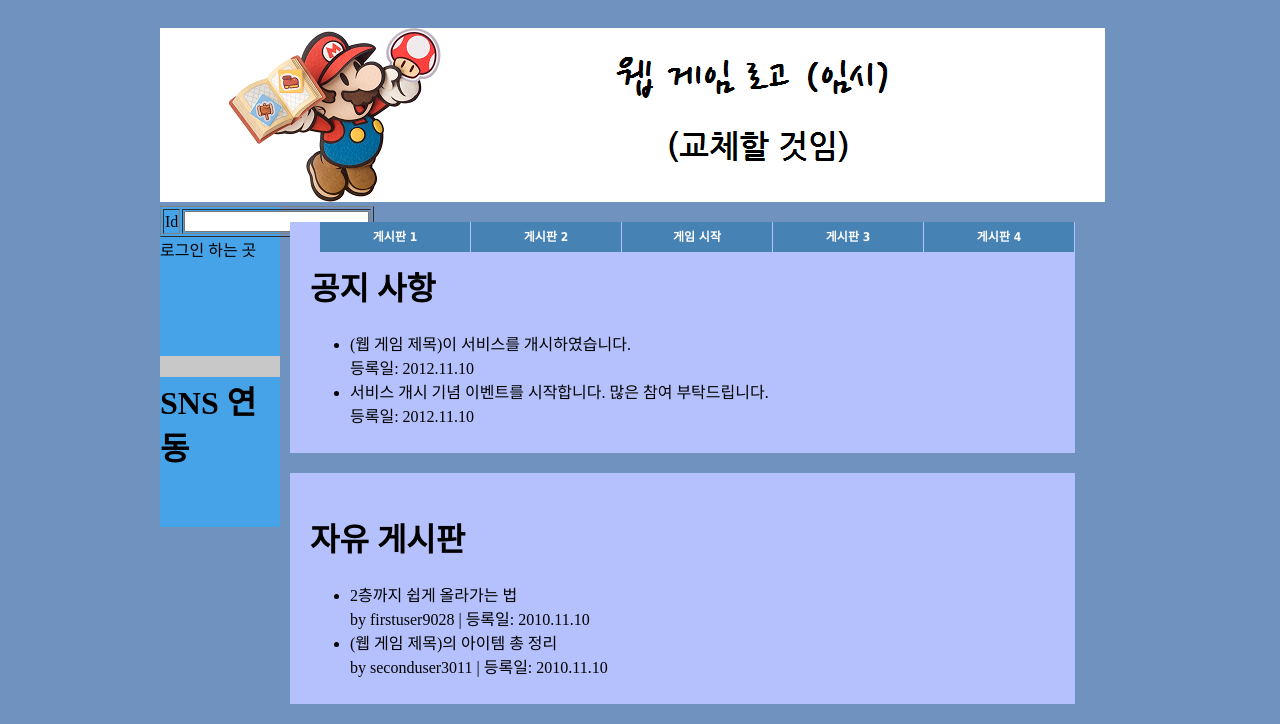
Repository: gunhe123/web_programing_project_Team_4
Page: web_game/WebContent/index.html
An editor plug-in stored every save of this project. The page is shown before and after the next save, followed by the edit.
The browser window is 1280 px wide. The pictures show the whole page.

Above is the page before, as saved 2012-11-10 16:41:52.

After the next save:
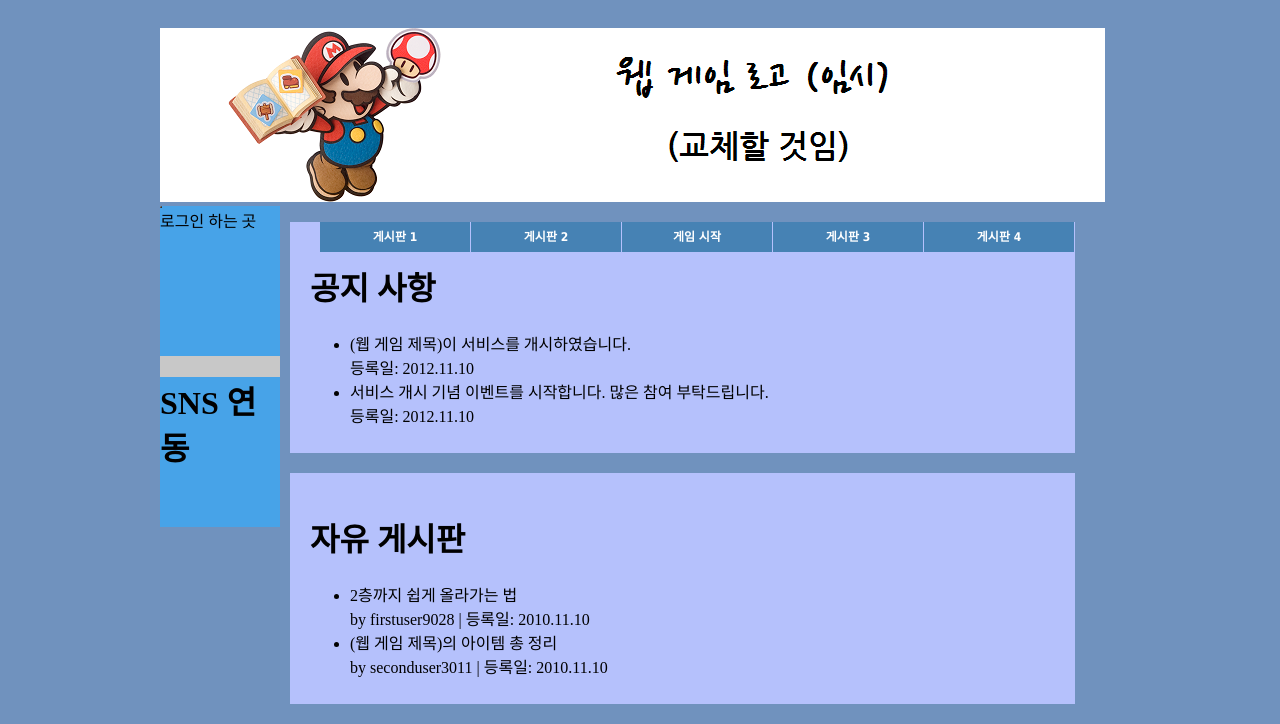
Saved 25 s later.
--- a/web_game/WebContent/index.html
+++ b/web_game/WebContent/index.html
@@ -15,13 +15,6 @@
 			<div id="login_box">
 			<table border="1">
 				<tr>
-				<td>
-				Id
-				</td>
-				<td>
-				<input type="text">
-				</td>
-				</tr>
 			</table>
 			로그인 하는 곳
 			</div>
